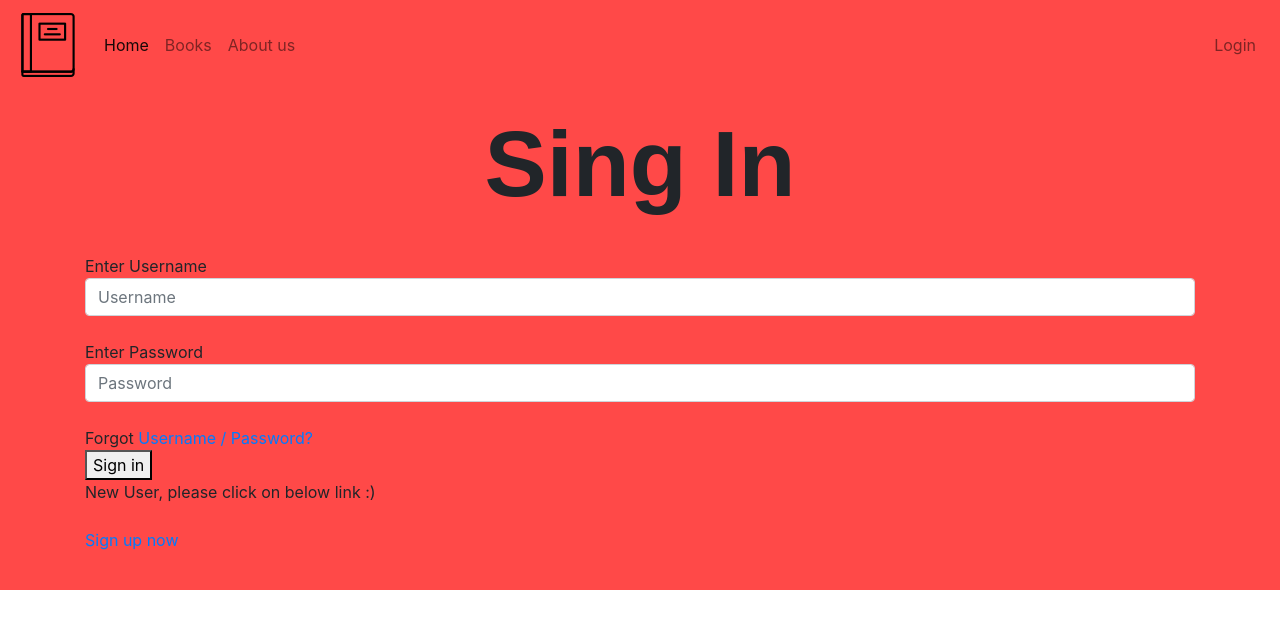
Repository: abhishekgandhi2398/BookStore
Page: http://localhost/BookStore/ulogin.jsp
An editor plug-in stored every save of this project. The page is shown before and after the next save, followed by the edit.
The browser window is 1280 px wide. The pictures show the whole page.
The page is served by Tomcat 9. Other server files are loaded and not shown.

Above is the page before, as saved 2019-12-06 15:28:16.
Console error: TypeError: Cannot read properties of undefined (reading 'fn')

### ProjectJava/BookStore/WebContent/ulogin.jsp
<%@ page language="java" contentType="text/html; charset=ISO-8859-1"
    pageEncoding="ISO-8859-1"%>
<!DOCTYPE html>
<html>
<head>
<meta charset="ISO-8859-1">

<link rel="stylesheet" href="https://maxcdn.bootstrapcdn.com/bootstrap/4.0.0/css/bootstrap.min.css">
<script src="https://maxcdn.bootstrapcdn.com/bootstrap/4.0.0/js/bootstrap.min.js"></script>


<title>Insert title here</title>
</head>
<body>


<nav class="navbar navbar-expand-lg navbar-light" style="background-color: #FF4948">
  <img src="img/logo.png" class="navbar-brand">
  <button class="navbar-toggler" type="button" data-toggle="collapse" data-target="#navbarTogglerDemo02" aria-controls="navbarTogglerDemo02" aria-expanded="false" aria-label="Toggle navigation">
    <span class="navbar-toggler-icon"></span>
  </button>

  <div class="collapse navbar-collapse" id="navbarTogglerDemo02">
    <ul class="navbar-nav mr-auto mt-2 mt-lg-0">
      <li class="nav-item active">
        <a class="nav-link" href="1.jsp">Home <span class="sr-only">(current)</span></a>
      </li>
      <li class="nav-item">
        <a class="nav-link" href="User_Products.jsp">Books</a>
      </li>
      <li class="nav-item">
        <a class="nav-link" href="#">About us</a>
      </li>
    </ul>

    <form class="form-inline my-2 my-lg-0">
        <ul class="navbar-nav mr-auto mt-2 mt-lg-0">

     <%
String q=(String)session.getAttribute("mobno");

if(q==null)
{
     %>
       <li class="nav-item">
        <a class="nav-link" href="ulogin.jsp">Login</a>
      </li>
<%}
else
{ %>
      <li class="nav-item">
        <a class="nav-link" href="vc.jsp">View Cart</a>
      </li>
      <li class="nav-item">
        <a class="nav-link" href="vieworderuser.jsp">View Orders</a>
      </li>
        <li class="nav-item">
        <a class="nav-link" href="ulogout.jsp">Logout</a>
      </li>

  <%      }


%>
      </ul>


    </form>
  </div>
</nav>



				<form class="login100-form validate-form p-l-55 p-r-55 p-t-178" method="get" action="login.jsp">


<div style="background-color: #FF4948; height: 150px; width: 100%;" class="d-flex justify-content-center  align-items-center">





					<b style="font-family: sans-serif; font-size: 70pt;">Sing In</b>

</div>

<div style="background-color: #FF4948; height: 350px; width: 100%;" class="d-flex justify-content-center  align-items-center">

					<br>
					<br>
					<div class="container">
						<span class="focus-input100">Enter Username</span>
						<input class="form-control" type="number" name="mobile" placeholder="Username">


						<br>

								<span class="focus-input100">Enter Password</span>

						<input class="form-control" type="password" name="password" placeholder="Password">
						<br>

									<span class="txt1">
							Forgot
						</span>

						<a href="#">
							Username / Password?
						</a>

					<br>

										<button class="login100-form-btn">
							Sign in
						</button>


					<br>

						<span class="txt1 p-b-">
							New User, please click on below link :)
						</span>
					<br>
					<br>

						<a href="new_user.jsp" class="txt3">
							Sign up now
						</a>
					<br>
					<br>

					</div>

	</div>

</form>

</body>
</html>

After the next save:
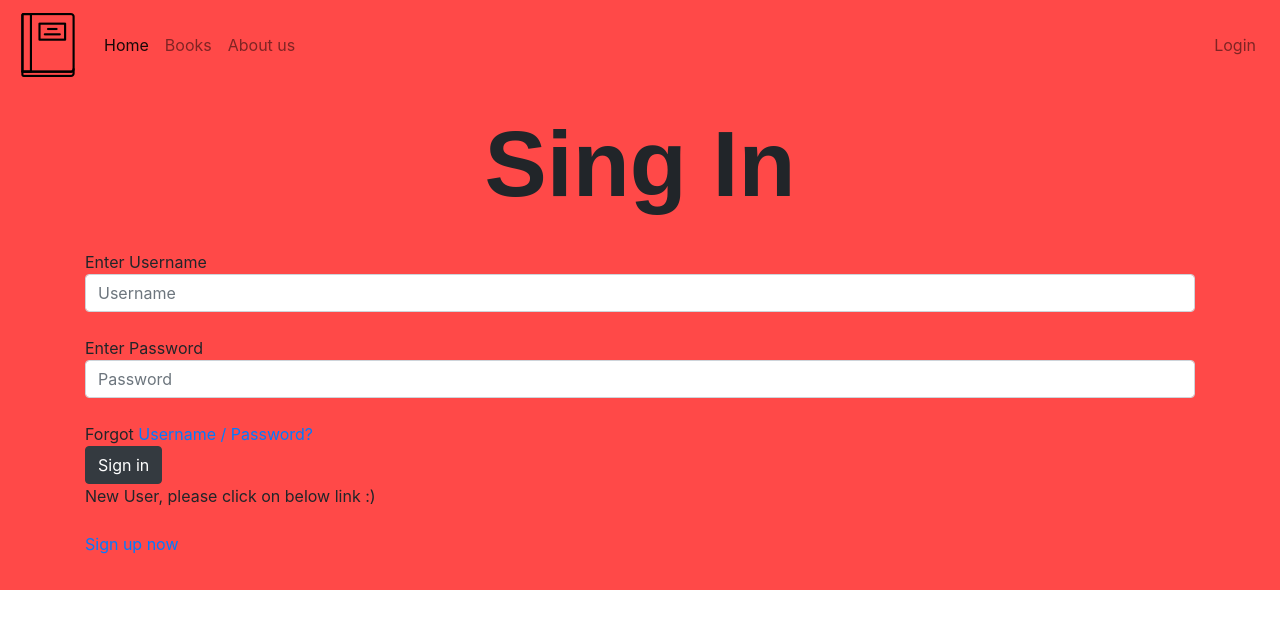
Saved 8 s later.
--- a/ProjectJava/BookStore/WebContent/ulogin.jsp
+++ b/ProjectJava/BookStore/WebContent/ulogin.jsp
@@ -110,7 +110,7 @@ else
 
 					<br>
 
-										<button class="login100-form-btn">
+										<button class="btn btn-dark">
 							Sign in
 						</button>
 
